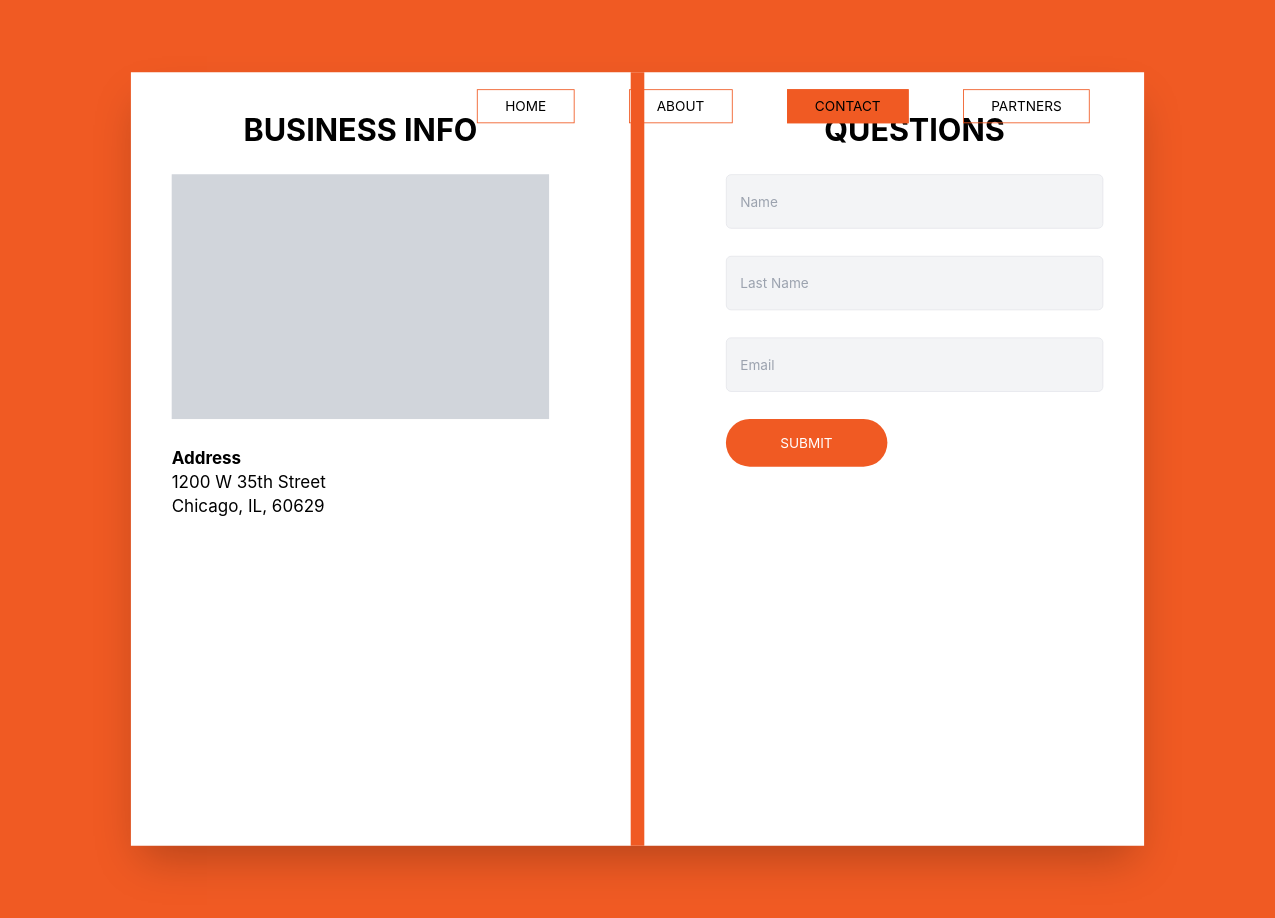
Repository: legenddev1202/whyclicktv
Page: /contact
These files come from the project's save history. The page is drawn as it stood at one moment and after the next save; the edit follows.
The browser window is 1280 px wide. The page is 1500 px wide, so the pictures cover 1500 px, including what lies to the right of the window. The pictures show the whole page, at 85% of full size.
The project was rebuilt for these pictures with package versions that can differ from the ones it lists, and the page was loaded fresh each time. Also part of the build but not shown: src/App.css, src/pages/home.js, src/pages/about.js, src/pages/partners.js, src/pages/referral.js.

Above is the page before, as saved 2022-03-31 14:33:29.

### public/index.html
<!DOCTYPE html>
<html lang="en">
  <head>
    <meta charset="utf-8" />
    <link rel="icon" href="%PUBLIC_URL%/favicon.ico" />
    <meta name="viewport" content="width=device-width, initial-scale=1" />
    <meta name="theme-color" content="#000000" />
    <meta name="description" content="why-click" />
    <link rel="apple-touch-icon" href="%PUBLIC_URL%/favicon.ico" />
    <!--
      manifest.json provides metadata used when your web app is installed on a
      user's mobile device or desktop. See https://developers.google.com/web/fundamentals/web-app-manifest/
    -->
    <link rel="manifest" href="%PUBLIC_URL%/manifest.json" />
    <!--
      Notice the use of %PUBLIC_URL% in the tags above.
      It will be replaced with the URL of the `public` folder during the build.
      Only files inside the `public` folder can be referenced from the HTML.

      Unlike "/favicon.ico" or "favicon.ico", "%PUBLIC_URL%/favicon.ico" will
      work correctly both with client-side routing and a non-root public URL.
      Learn how to configure a non-root public URL by running `npm run build`.
    -->
    <title>WhyClick.tv</title>
  </head>
  <body>
    <noscript>WhyClick.tv</noscript>
    <div id="root"></div>
    <!--
      This HTML file is a template.
      If you open it directly in the browser, you will see an empty page.

      You can add webfonts, meta tags, or analytics to this file.
      The build step will place the bundled scripts into the <body> tag.

      To begin the development, run `npm start` or `yarn start`.
      To create a production bundle, use `npm run build` or `yarn build`.
    -->
  </body>
</html>

### src/index.css
@tailwind base;
@tailwind components;
@tailwind utilities;

body {
  margin: 0;
  font-family: -apple-system, BlinkMacSystemFont, "Segoe UI", "Roboto", "Oxygen",
    "Ubuntu", "Cantarell", "Fira Sans", "Droid Sans", "Helvetica Neue",
    sans-serif;
  -webkit-font-smoothing: antialiased;
  -moz-osx-font-smoothing: grayscale;
  height: 100%;
  min-height: 700px;
  min-width: 1500px;
}

code {
  font-family: source-code-pro, Menlo, Monaco, Consolas, "Courier New",
    monospace;
}

### src/App.js
import { Routes, Route, Link } from "react-router-dom";
import "./App.css";
import Home from "./pages/home";
import About from "./pages/about";
import Contact from "./pages/contact";
import Partners from "./pages/partners";
import Referral from "./pages/referral";

function App() {
  return (
    <Routes>
      <Route path="/" element={<Home />} />
      <Route path="about" element={<About />} />
      <Route path="contact" element={<Contact />} />
      <Route path="partners" element={<Partners />} />
      <Route path="referrel" element={<Referral />} />
    </Routes>
  );
}

export default App;

### src/pages/contact.js
import React from "react";
import { Routes, Route, Link } from "react-router-dom";

function Contact() {
  return (
    <div
      style={{ padding: "85px 154px", backgroundColor: "#F05A23" }}
      className="w-full h-full"
    >
      <div className="relative shadow-2xl" style={{ backgroundColor: "white" }}>
        <div className="bg-transparent h-20 flex absolute items-center px-8 justify-between z-20 right-0">
          <div></div>
          <div className="bg-transparent">
            <button
              className="h-10 px-8 mx-8 border"
              style={{ borderColor: "#F05A23", backgroundColor: "white" }}
            >
              <Link to="/">HOME</Link>
            </button>
            <button
              className="h-10 px-8 mx-8 border"
              style={{ borderColor: "#F05A23", backgroundColor: "white" }}
            >
              <Link to="/about">ABOUT</Link>
            </button>
            <button
              className="h-10 px-8 mx-8 border"
              style={{ borderColor: "#F05A23", backgroundColor: "#F05A23" }}
            >
              <Link to="/contact">CONTACT</Link>
            </button>
            <button
              className="h-10 px-8 mx-8 border"
              style={{ borderColor: "#F05A23" }}
            >
              <Link to="/partners">PARTNERS</Link>
            </button>
          </div>
        </div>

        <div className="w-full  flex" style={{ height: 910 }}>
          <div className="w-6/12 p-12 pr-24 flex flex-col items-center">
            <div className="text-4xl font-bold">BUSINESS INFO</div>
            <div className="w-full h-72 bg-gray-300 mt-8"></div>
            <div className="mt-8 self-start">
              <div className="text-xl font-bold">Address</div>
              <div className="text-xl">1200 W 35th Street </div>
              <div className="text-xl">Chicago, IL, 60629 </div>
            </div>
          </div>
          <div
            className="w-4 h-full left-0 right-0 mx-auto z-20"
            style={{ backgroundColor: "#F05A23" }}
          ></div>
          <div className="w-6/12 p-12 pl-24 flex flex-col items-center">
            <div className="text-4xl font-bold">QUESTIONS</div>
            <div className="w-full mt-8">
              <input
                className="w-full rounded-md h-16 border px-4 bg-gray-100"
                placeholder="Name"
              ></input>
              <div className="w-full mt-8">
                <input
                  className="w-full rounded-md h-16 border px-4 bg-gray-100"
                  placeholder="Last Name"
                ></input>
              </div>

              <div className="w-full mt-8">
                <input
                  className="w-full rounded-md h-16 border px-4 bg-gray-100"
                  placeholder="Email"
                ></input>
              </div>
            </div>
            <div className="self-start mt-8">
              <button
                className="p-4 rounded-full px-16"
                style={{ backgroundColor: "#F05A23", color: "white" }}
              >
                SUBMIT
              </button>
            </div>
          </div>
        </div>
      </div>
    </div>
  );
}

export default Contact;

Loaded but not shown: src/index.js (common file); src/reportWebVitals.js (common file); tailwind.config.js (common file)

After the next save:
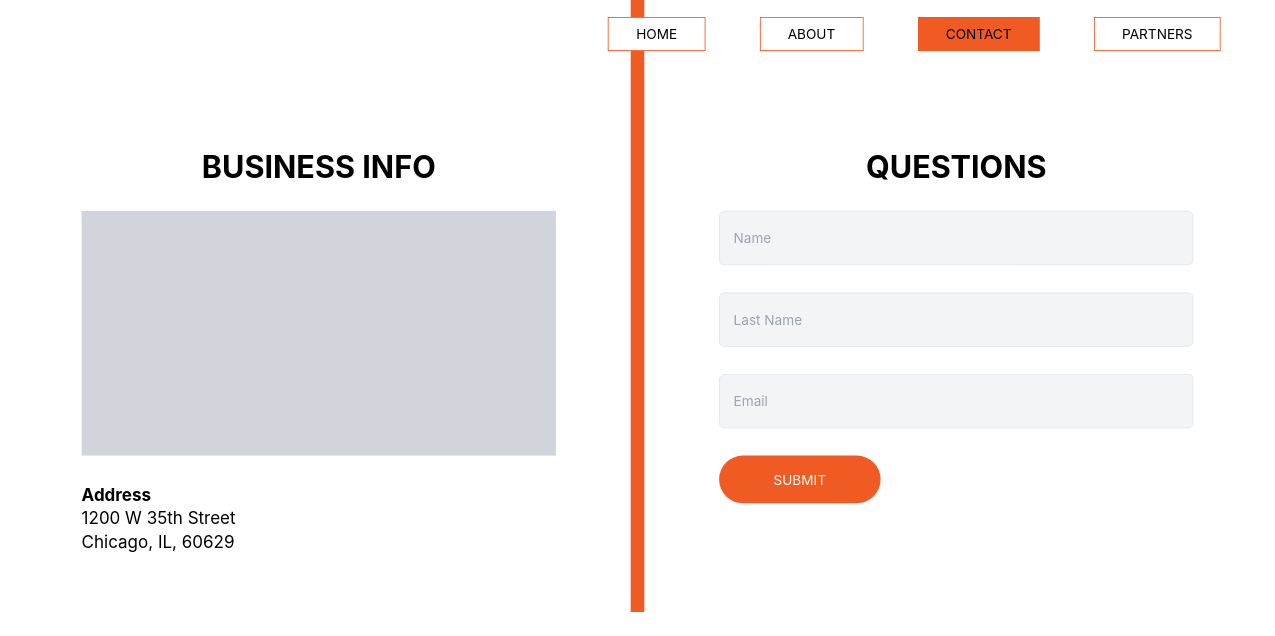
Saved 48 s later.
--- a/src/pages/contact.js
+++ b/src/pages/contact.js
@@ -3,84 +3,78 @@ import { Routes, Route, Link } from "react-router-dom";
 
 function Contact() {
   return (
-    <div
-      style={{ padding: "85px 154px", backgroundColor: "#F05A23" }}
-      className="w-full h-full"
-    >
-      <div className="relative shadow-2xl" style={{ backgroundColor: "white" }}>
-        <div className="bg-transparent h-20 flex absolute items-center px-8 justify-between z-20 right-0">
-          <div></div>
-          <div className="bg-transparent">
-            <button
-              className="h-10 px-8 mx-8 border"
-              style={{ borderColor: "#F05A23", backgroundColor: "white" }}
-            >
-              <Link to="/">HOME</Link>
-            </button>
-            <button
-              className="h-10 px-8 mx-8 border"
-              style={{ borderColor: "#F05A23", backgroundColor: "white" }}
-            >
-              <Link to="/about">ABOUT</Link>
-            </button>
-            <button
-              className="h-10 px-8 mx-8 border"
-              style={{ borderColor: "#F05A23", backgroundColor: "#F05A23" }}
-            >
-              <Link to="/contact">CONTACT</Link>
-            </button>
-            <button
-              className="h-10 px-8 mx-8 border"
-              style={{ borderColor: "#F05A23" }}
-            >
-              <Link to="/partners">PARTNERS</Link>
-            </button>
+    <div className="relative h-full w-full" style={{ height: "100vh" }}>
+      <div className="bg-transparent w-full h-20 flex items-center px-8 justify-between z-20 absolute">
+        <div></div>
+        <div className="bg-transparent">
+          <button
+            className="h-10 px-8 mx-8 border"
+            style={{ borderColor: "#F05A23", backgroundColor: "white" }}
+          >
+            <Link to="/">HOME</Link>
+          </button>
+          <button
+            className="h-10 px-8 mx-8 border"
+            style={{ borderColor: "#F05A23", backgroundColor: "white" }}
+          >
+            <Link to="/about">ABOUT</Link>
+          </button>
+          <button
+            className="h-10 px-8 mx-8 border"
+            style={{ borderColor: "#F05A23", backgroundColor: "#F05A23" }}
+          >
+            <Link to="/contact">CONTACT</Link>
+          </button>
+          <button
+            className="h-10 px-8 mx-8 border"
+            style={{ borderColor: "#F05A23" }}
+          >
+            <Link to="/partners">PARTNERS</Link>
+          </button>
+        </div>
+      </div>
+      <div
+        className="absolute w-4 h-full left-0 right-0 mx-auto z-10"
+        style={{ backgroundColor: "#F05A23", height: "100vh" }}
+      ></div>
+      <div className="w-full mt-20 absolute p-12 flex">
+        <div className="w-1/2 p-12 pr-24 flex flex-col items-center">
+          <div className="text-4xl font-bold">BUSINESS INFO</div>
+          <div className="w-full h-72 bg-gray-300 mt-8"></div>
+          <div className="mt-8 self-start">
+            <div className="text-xl font-bold">Address</div>
+            <div className="text-xl">1200 W 35th Street </div>
+            <div className="text-xl">Chicago, IL, 60629 </div>
           </div>
         </div>
-
-        <div className="w-full  flex" style={{ height: 910 }}>
-          <div className="w-6/12 p-12 pr-24 flex flex-col items-center">
-            <div className="text-4xl font-bold">BUSINESS INFO</div>
-            <div className="w-full h-72 bg-gray-300 mt-8"></div>
-            <div className="mt-8 self-start">
-              <div className="text-xl font-bold">Address</div>
-              <div className="text-xl">1200 W 35th Street </div>
-              <div className="text-xl">Chicago, IL, 60629 </div>
-            </div>
-          </div>
-          <div
-            className="w-4 h-full left-0 right-0 mx-auto z-20"
-            style={{ backgroundColor: "#F05A23" }}
-          ></div>
-          <div className="w-6/12 p-12 pl-24 flex flex-col items-center">
-            <div className="text-4xl font-bold">QUESTIONS</div>
+        <div className="w-1/2 p-12 pl-24 flex flex-col items-center">
+          <div className="text-4xl font-bold">QUESTIONS</div>
+          <div className="w-full mt-8">
+            <input
+              className="w-full rounded-md h-16 border px-4 bg-gray-100"
+              placeholder="Name"
+            ></input>
             <div className="w-full mt-8">
               <input
                 className="w-full rounded-md h-16 border px-4 bg-gray-100"
-                placeholder="Name"
+                placeholder="Last Name"
               ></input>
-              <div className="w-full mt-8">
-                <input
-                  className="w-full rounded-md h-16 border px-4 bg-gray-100"
-                  placeholder="Last Name"
-                ></input>
-              </div>
+            </div>
 
-              <div className="w-full mt-8">
-                <input
-                  className="w-full rounded-md h-16 border px-4 bg-gray-100"
-                  placeholder="Email"
-                ></input>
-              </div>
+            <div className="w-full mt-8">
+              <input
+                className="w-full rounded-md h-16 border px-4 bg-gray-100"
+                placeholder="Email"
+              ></input>
             </div>
-            <div className="self-start mt-8">
-              <button
-                className="p-4 rounded-full px-16"
-                style={{ backgroundColor: "#F05A23", color: "white" }}
-              >
-                SUBMIT
-              </button>
-            </div>
+          </div>
+          <div className="self-start mt-8">
+            <button
+              className="p-4 rounded-full px-16"
+              style={{ backgroundColor: "#F05A23", color: "white" }}
+            >
+              SUBMIT
+            </button>
           </div>
         </div>
       </div>
